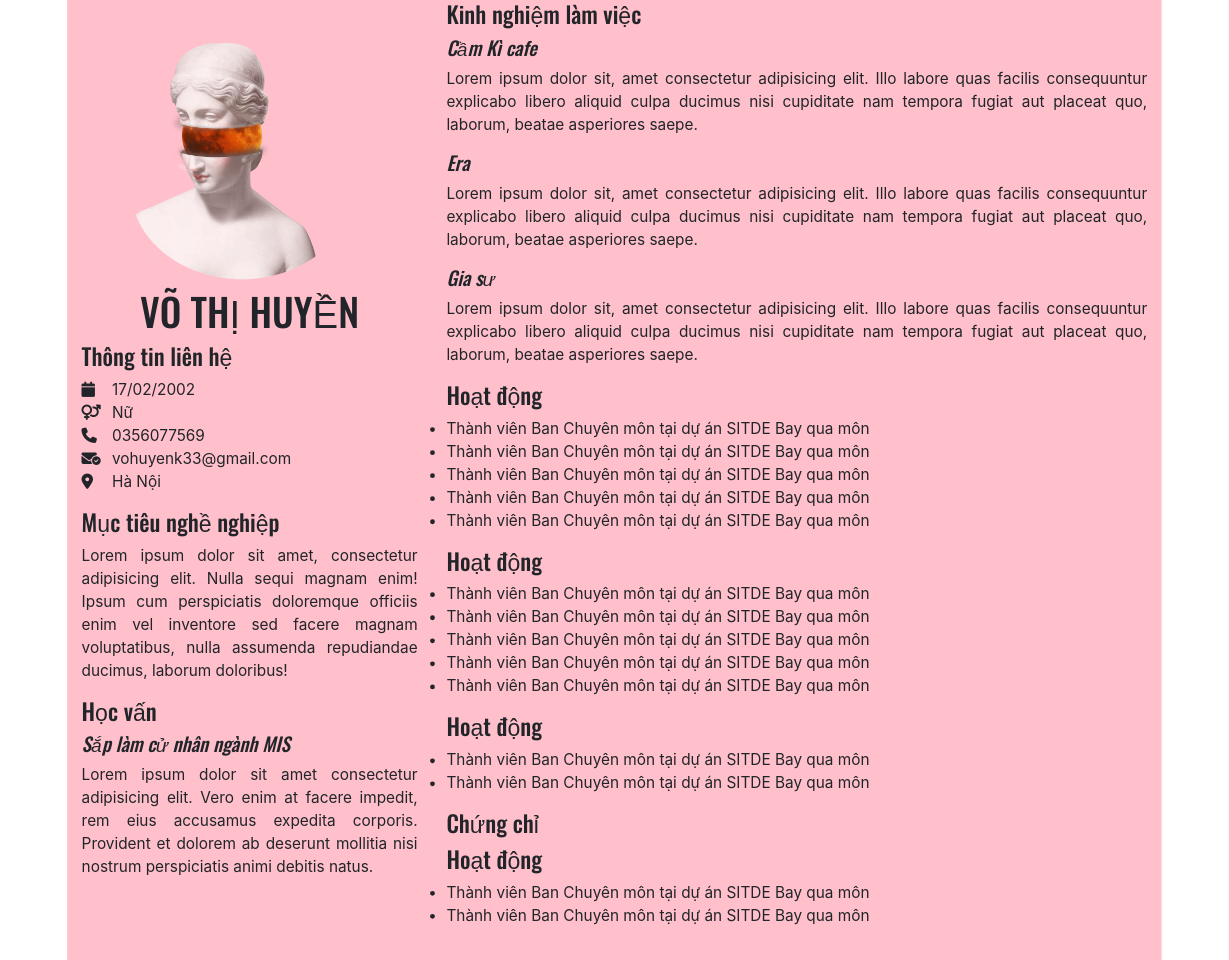
Repository: huyennvo/CSS
Page: CV/index.html
The author's editor kept a copy of each file at every save. The page is drawn from the files as they stood at one save, then again after the next save.
The browser window is 1280 px wide. The pictures show the whole page, at 96% of full size.
Some web libraries are served in a nearby version.

Above is the page before, as saved 2022-07-18 15:55:25.

After the next save:
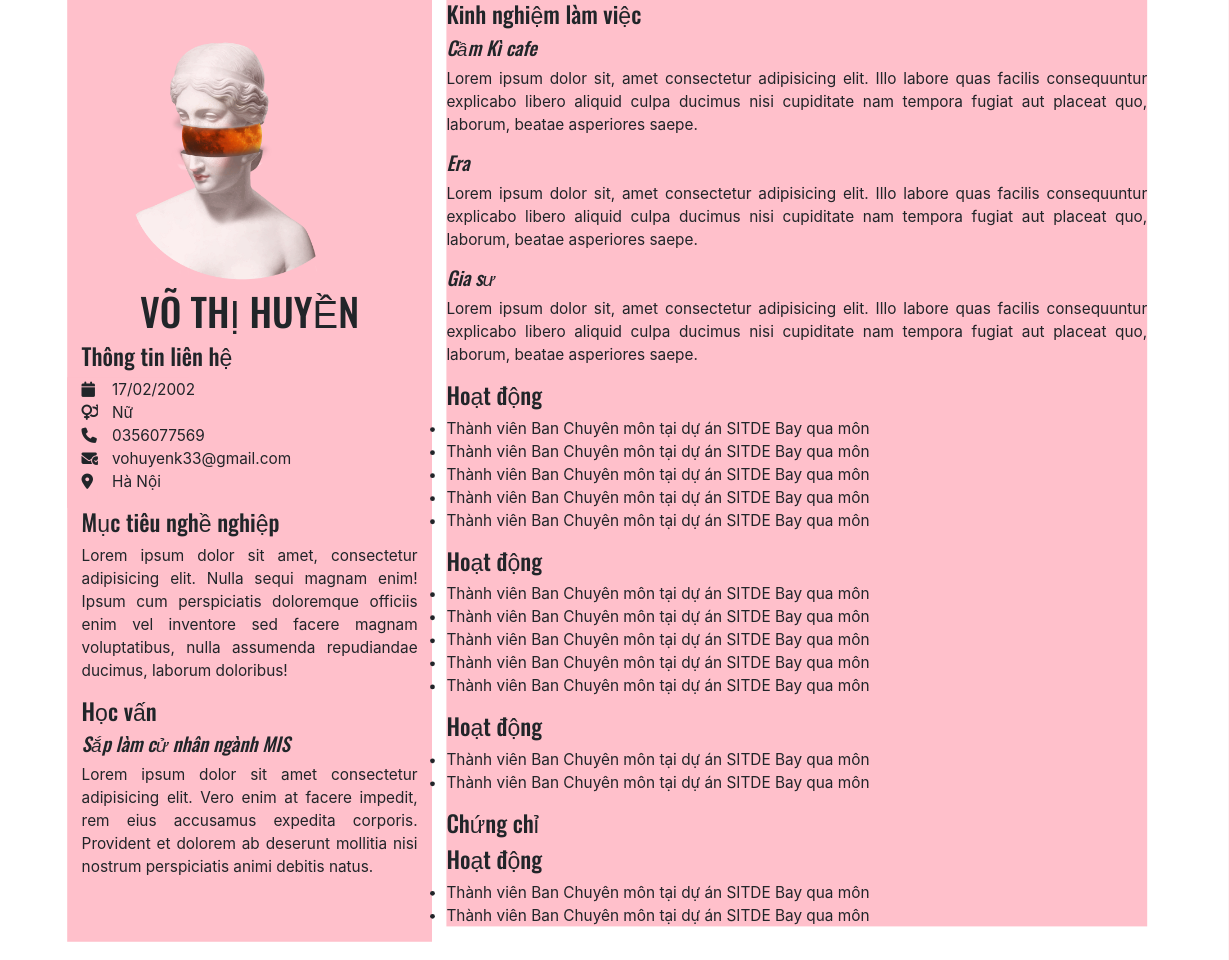
Saved 12 min 13 s later.
--- a/CV/style.css
+++ b/CV/style.css
@@ -1,15 +1,13 @@
 *{
     margin: 0px;
     padding: 0px;
-    border: 50px;
-    border-color: black;
 
 }
 
 .container {
     width: 500px;
     height: 1000px;
-    background-color: pink;
+
     box-sizing: border-box;
 }
 
@@ -39,11 +37,13 @@
 .left {
     border: 15px;
     border-color: black;
+    background-color: pink;
 }
 
 .right {
     border-top: 50px;
     border-color: black;
+    background-color: pink;
 }
 
 p, li {

After the save that followed:
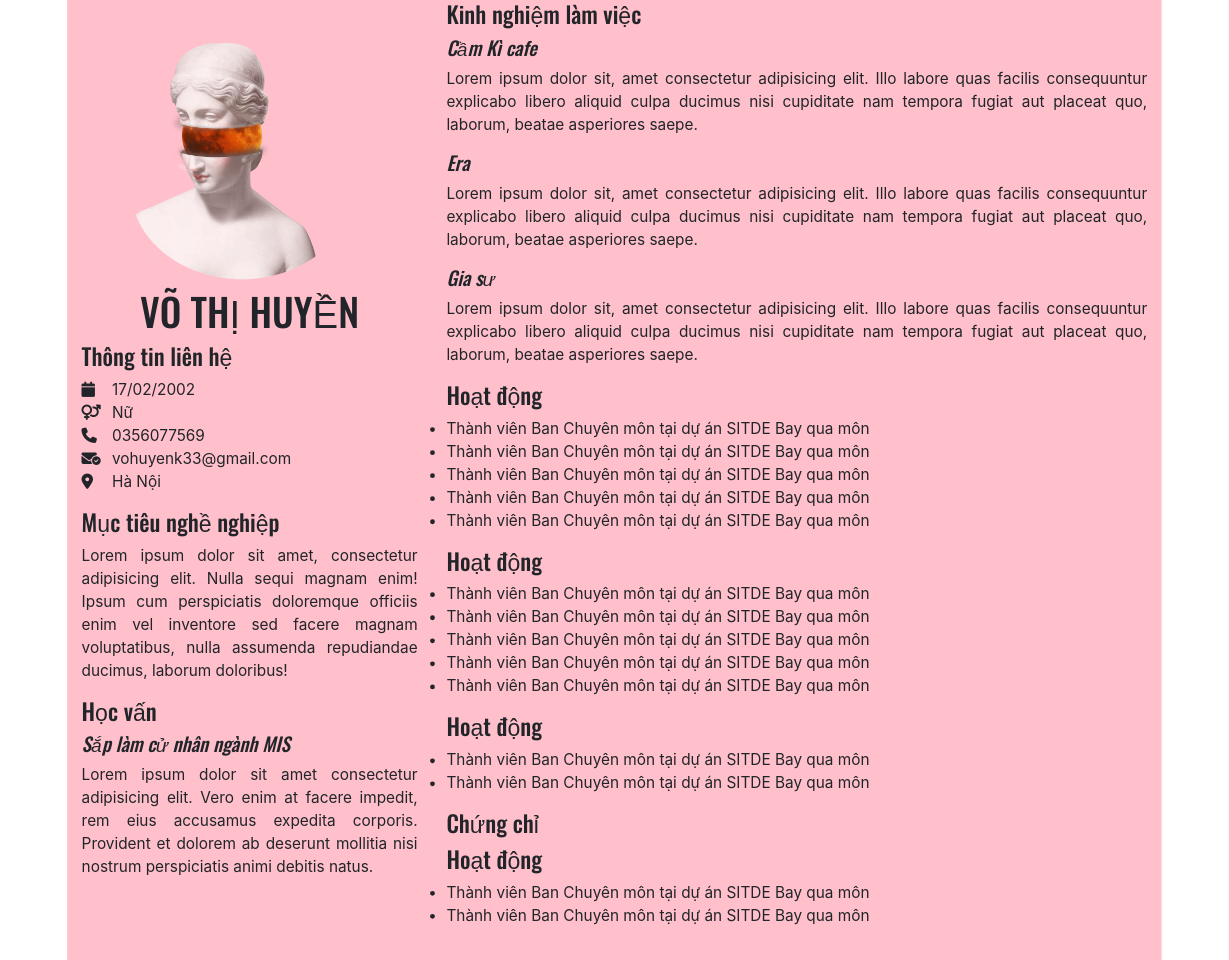
Saved 53 s later.
--- a/CV/style.css
+++ b/CV/style.css
@@ -7,7 +7,7 @@
 .container {
     width: 500px;
     height: 1000px;
-
+    background-color: pink;
     box-sizing: border-box;
 }
 
@@ -37,13 +37,13 @@
 .left {
     border: 15px;
     border-color: black;
-    background-color: pink;
+
 }
 
 .right {
     border-top: 50px;
     border-color: black;
-    background-color: pink;
+
 }
 
 p, li {
